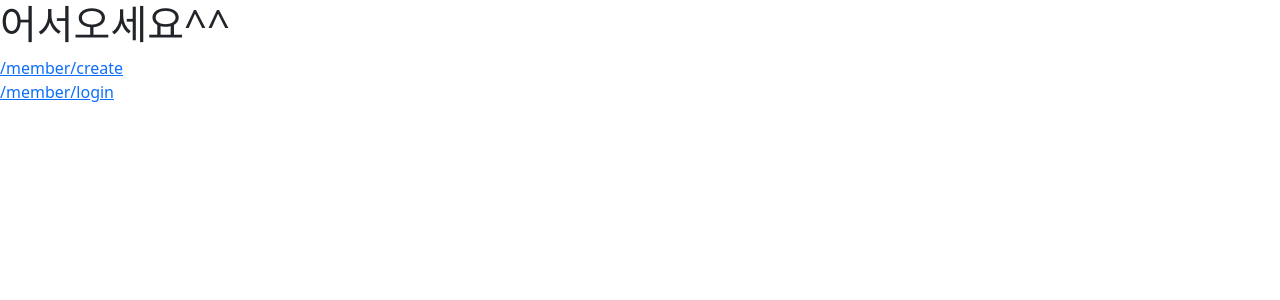
Repository: MASKUN2/GuDeeAcademy72thJavaSpring
Page: http://localhost/231121Diary/
An editor plug-in stored every save of this project. The page is shown before and after the next save, followed by the edit.
The browser window is 1280 px wide. The pictures show the whole page.
The page is served by Tomcat 9. Nobody is signed in. The application's start-up code is not run. Other server files are loaded and not shown.

Above is the page before, as saved 2023-11-21 08:01:05.

### 231121Diary/src/main/webapp/index.jsp
<%@page import="vo.member.Member"%>
<%@ page language="java" contentType="text/html; charset=UTF-8"
    pageEncoding="UTF-8"%>
<!DOCTYPE html>
<html>
<head>
<meta charset="UTF-8">
<link href="https://cdn.jsdelivr.net/npm/bootstrap@5.3.2/dist/css/bootstrap.min.css" rel="stylesheet">
<script src="https://cdn.jsdelivr.net/npm/bootstrap@5.3.2/dist/js/bootstrap.bundle.min.js"></script>
<title>Insert title here</title>
</head>
<body>
	<H1>${sessionScope.member.memberId} 어서오세요^^</H1>
	<a href="<%=request.getContextPath()%>/member/create">/member/create</a><br>
	<a href="<%=request.getContextPath()%>/member/login">/member/login</a>


</body>
<script type="text/javascript" src="<%=request.getContextPath()%>/js/jquery-3.7.1.min.js"></script>
</html>

Loaded but not shown: 231121Diary/src/main/webapp/js/jquery-3.7.1.min.js (library)

After the next save:
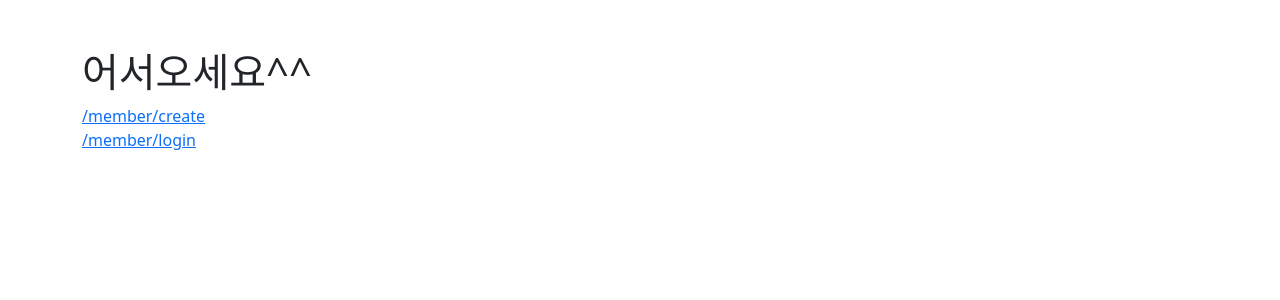
Saved 27 s later.
--- a/231121Diary/src/main/webapp/index.jsp
+++ b/231121Diary/src/main/webapp/index.jsp
@@ -10,10 +10,11 @@
 <title>Insert title here</title>
 </head>
 <body>
+	<div class="container my-5">
 	<H1>${sessionScope.member.memberId} 어서오세요^^</H1>
 	<a href="<%=request.getContextPath()%>/member/create">/member/create</a><br>
 	<a href="<%=request.getContextPath()%>/member/login">/member/login</a>
-
+	</div>
 
 </body>
 <script type="text/javascript" src="<%=request.getContextPath()%>/js/jquery-3.7.1.min.js"></script>
